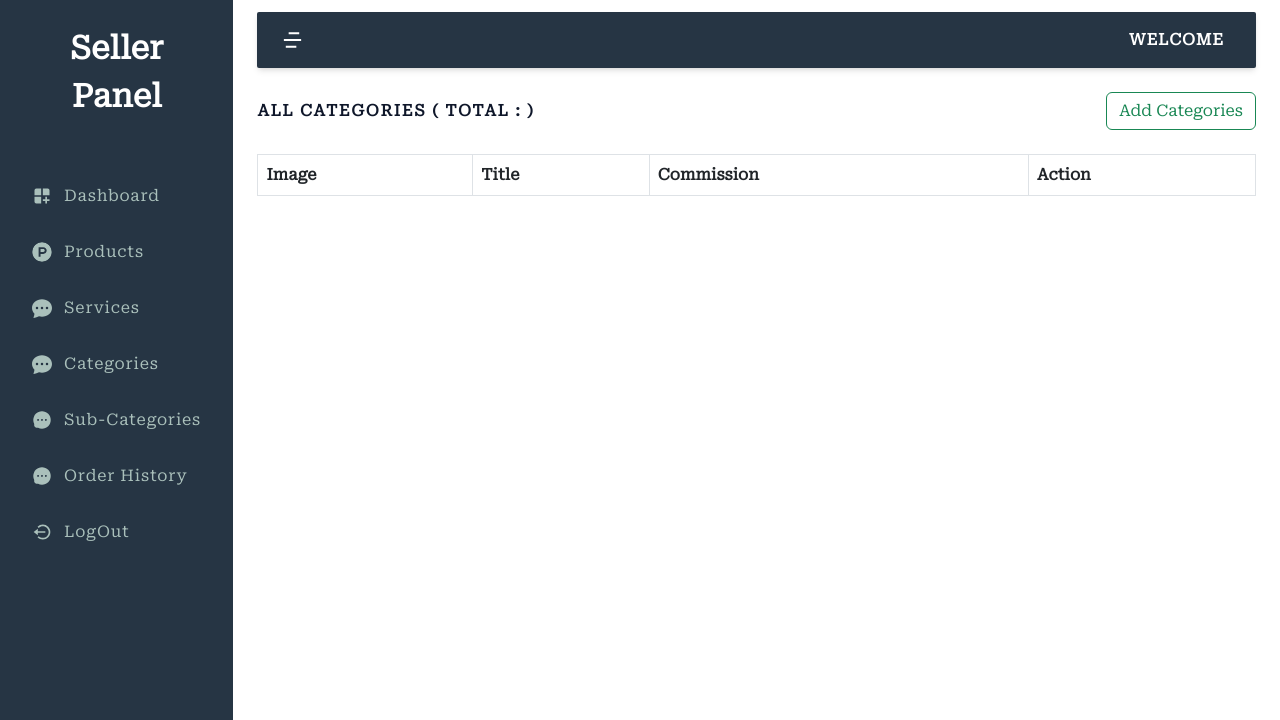
Repository: FlyweisReact/Arun-Chauhan
Page: /vendor/category
The author's editor kept a copy of each file at every save. The page is drawn from the files as they stood at one save, then again after a run of saves.
The browser window is 1280 px wide. The pictures show the whole page.
The page's requests for data from a server got no answer. Some web libraries are served in a nearby version. The project was rebuilt for these pictures with package versions that can differ from the ones it lists, and the page was loaded fresh each time. No one was signed in, and anything a server would have sent is missing. Also part of the build but not shown: src/AdminPanel/layout/Navbar.jsx, src/AdminPanel/layout/Sidebar.jsx, src/AdminPanel/layout/HOC.jsx, src/AdminPanel/pages/Privacy.js, src/AdminPanel/pages/Category.js, src/AdminPanel/pages/FeedBack.js, src/AdminPanel/pages/TermsCon.js, src/AdminPanel/pages/HelpSupport.js and 21 more.

Above is the page before, as saved 2023-03-22 16:17:35.

### public/index.html
<!-- @format -->

<!DOCTYPE html>
<html lang="en">
  <head>
    <meta charset="utf-8" />
    <!-- <link rel="icon" href="%PUBLIC_URL%/favicon.png" /> -->
    <meta name="viewport" content="width=device-width, initial-scale=1" />
    <meta name="theme-color" content="#000000" />
    <meta
      name="description"
      content="Web site created using create-react-app"
    />
    <link rel="apple-touch-icon" href="%PUBLIC_URL%/favicon.ico?v=2" />



    <link rel="manifest" href="%PUBLIC_URL%/manifest.json" />
    <link rel="preconnect" href="https://fonts.googleapis.com">
    <link rel="preconnect" href="https://fonts.gstatic.com" crossorigin>
    <link href="https://fonts.googleapis.com/css2?family=Roboto+Serif&display=swap" rel="stylesheet">
    <title>Arun   Panel</title>
  </head>
  <body>
    <noscript>You need to enable JavaScript to run this app.</noscript>
    <div id="root"></div>
    <script src="https://code.jquery.com/jquery-3.6.0.min.js"></script>
    <script src="https://kit.fontawesome.com/b533b351e4.js" crossorigin="anonymous"></script>
  </body>
</html>

### src/index.js
import React from "react";
import ReactDOM from "react-dom/client";
import "./index.css";
import App from "./App";
import { BrowserRouter } from "react-router-dom";
import 'bootstrap/dist/css/bootstrap.min.css'

const root = ReactDOM.createRoot(document.getElementById("root"));
root.render(
  <React.StrictMode>
    <BrowserRouter>
      <App />
    </BrowserRouter>
  </React.StrictMode>
);

### src/index.css
/** @format */

@tailwind base;
@tailwind components;
@tailwind utilities;




body {
  margin: 0;
  font-family: 'Roboto Serif', serif  !important;
  -webkit-font-smoothing: antialiased;
  -moz-osx-font-smoothing: grayscale;
}

/* Wcomponents */
.wcomp::-webkit-scrollbar {
  width: 0px;
}
::-webkit-scrollbar {
  width: 0px;
}
::-webkit-scrollbar-track {
  background: #696f78;
}
/* Handle */
::-webkit-scrollbar-thumb {
  background: #b4b8bf;
}

.main-card--container {
  display: grid;
  grid-template-columns: repeat(3, minmax(300px, 500px));
  grid-gap: 50px;
  justify-content: space-around;
}
.card-container {
  margin: 25px 0 auto;
  position: relative;
  display: grid;
  grid-template-columns: 1fr;
  justify-content: space-around;
  align-items: flex-start;
}

.img-thumbnail {
  width: 80px;
}
.img-large {
  max-width: 80%;
}

.formInput {
  padding: 5px;
}

.BannerImg{
  display: grid;
  grid-template-columns: auto auto auto;
  margin: 20px;
  justify-content: space-evenly;
  text-align: center;
}
.BannerImg div{
  box-shadow: rgba(0, 0, 0, 0.35) 0px 5px 15px;
  padding: 10px;

}
.BannerImg img{
  width: 400px;
  height: 200px;
}


li{
  list-style: disc;
}
.carouselImages{
  width: 200px !important;
  height: 140px;
}
.Car{
  width: 200px !important;
}

.three-Sec{
  display: grid;
  justify-content: space-evenly;
  grid-template-columns: auto auto auto;
  text-align: center;
  color: black;

}
.three-Sec div{
  box-shadow: rgba(0, 0, 0, 0.35) 0px 5px 15px;
  margin-top: 40px;
  padding : 10px;
  width: 400px;
}
.three-Sec img{
  width: 100%;
  height: 300px;
}
.three-Sec p{
  font-size: 20px;
  font-weight: bold;
  margin: 0;
}
.three-Sec button{
  border: 1px solid #B80000;
  background-color: #ffff;
  color: #B80000;
  width: 100%;
  padding: 3px;
  margin-top: 10px;
  font-size: 20px;
  transition: 0.5s;
}

.three-Sec button:hover{
  background-color: #B80000;
  color: #ffff;
}
.bigCont{
  display: flex;
  gap: 10px;
}
.contP{
  border: 1px solid #2F308D;
  width: 48%;
  padding: 10px;
  color: #2F308D;
  transition: 0.5s;
  cursor: pointer;
}
.contP:hover {
  background-color: #2F308D;
  color: #fff;
}


.viewBtn{
  color: #014F75;
  border: 1px solid #014F75;
  outline: none;
  width: 50%;
  padding: 5px;
  font-size: 18px;
  transition: 0.5s;
}

.viewBtn:hover{

  background-color: #014F75;
  color: #fff;
}


.filterDate{
  color: black;
  display: flex;
  gap: 20px;
  margin-top: 20px;
  margin-bottom: 20px;
}

.filterDate input {
  border: 1px solid black;
  outline: none;
  padding: 5px;
}
.filterDate div{
  display: flex;
  gap: 10px;
  align-items:center ;
}
.filterDate div p{
  padding-top: 10px;
}

.filterDate button{
  color: #014F75;
  border: 1px solid #014F75;
  outline: none;
  width: 200px;
  font-size: 18px;
  transition: 0.5s;
}

.filterDate button:hover{
  background-color: #014F75;
  color: #fff;
}
.active{
  display: flex;
  gap: 20px;
margin-bottom: 20px;
}
.active button{
  border: 1px solid #659CCA;
  color: #659CCA;
  padding: 5px;
  width: 200px;
  transition: 0.5s;
  font-size: 20px;
}
.active button:hover{
  background-color: #659CCA;
  color: #fff;
}

.drop select{
  width: 100%;
  color:#fff;
  margin-bottom: 20px;
  border: 1px solid #659CCA;
  padding: 10px;
  outline: none;
  background-color: #659CCA;
}
.drop select option{
  background-color: #8FD1DF;
  border: 1px solid #8FD1DF;
}

.drop select option:hover{
  background-color: #8FD1DF  !important;
}

### src/App.js
/** @format */

import { Routes, Route } from "react-router-dom";
import { ToastContainer } from "react-toastify";
import "react-toastify/dist/ReactToastify.css";
import Privacy from "./AdminPanel/pages/Privacy";
import Offers from "./AdminPanel/pages/Category";
import FeedBack from "./AdminPanel/pages/FeedBack";
import TermsCon from "./AdminPanel/pages/TermsCon";
import HelpSupport from "./AdminPanel/pages/HelpSupport";
import OrderHistory from "./AdminPanel/pages/OrderHistory";
import Installar from "./AdminPanel/pages/Installar";
import Sellers from "./AdminPanel/pages/Sellers";
import Dashboard from "./AdminPanel/pages/Dashboard";
import Users from "./AdminPanel/pages/Users";
import Reviews from "./AdminPanel/pages/Reviews";
import Coupon from "./AdminPanel/pages/Coupon";
import Product from "./AdminPanel/pages/Product";
import About from "./AdminPanel/pages/About";
import Blogs from "./AdminPanel/pages/Blogs";
import Service from "./AdminPanel/pages/Service";
import Notification from "./AdminPanel/pages/Notification";
import SubCategory from "./AdminPanel/pages/SubCategory";
import Banner from "./AdminPanel/pages/Banner";
import Login from "./AdminPanel/Login";
import Transaction from "./AdminPanel/pages/Transaction";
import InstallerTransactions from "./AdminPanel/pages/InstallerTransactions";
import Vendorlogin from "./VendorPanel/Vendorlogin";
import VendorDashboard from "./VendorPanel/pages/VendorDashboard";
import VendorProducts from "./VendorPanel/pages/VendorProducts";
import VendorService from "./VendorPanel/pages/VendorService";
import VendorCategory from "./VendorPanel/pages/VendorCategory";

function App() {
  return (
    <>
      <ToastContainer />

      <Routes>
        {/* Admin Panel */}
        <Route path="/" element={<Login />} />
        <Route path="/dashboard" element={<Dashboard />} />
        <Route path="/users" element={<Users />} />
        <Route path="/sellers" element={<Sellers />} />
        <Route path="/products" element={<Product />} />
        <Route path="/coupon" element={<Coupon />} />
        <Route path="/about" element={<About />} />
        <Route path="/review" element={<Reviews />} />
        <Route path="/blogs" element={<Blogs />} />
        <Route path="/services" element={<Service />} />
        <Route path="/category" element={<Offers />} />
        <Route path="/notification" element={<Notification />} />
        <Route path="/sub-category" element={<SubCategory />} />
        <Route path="/banners" element={<Banner />} />
        <Route path="/order-history" element={<OrderHistory />} />
        <Route path="/installar" element={<Installar />} />
        <Route path="/feedBacks" element={<FeedBack />} />
        <Route path="/terms-condition" element={<TermsCon />} />
        <Route path="/helpSupport" element={<HelpSupport />} />
        <Route path="/privacy" element={<Privacy />} />
        <Route path="/transactions/:id" element={<Transaction />} />
        <Route path="/installer-transaction/:id" element={<InstallerTransactions />} />

        {/* Vendor Panel */}
        <Route path="/vendor/login" element={<Vendorlogin />} />
        <Route path="/vendor/dashboard" element={<VendorDashboard />} />
        <Route path="/vendor/products" element={<VendorProducts />} />
        <Route path="/vendor/service" element={<VendorService />} />
        <Route path="/vendor/category" element={<VendorCategory />} />
      </Routes>
    </>
  );
}

export default App;

### src/VendorPanel/pages/VendorCategory.js
/** @format */
import { Button, Modal, Form, Table } from "react-bootstrap";
import React, { useEffect, useState } from "react";
import HOC from "../layout/HOC";
import axios from "axios";
import { toast } from "react-toastify";

const VendorCategory = () => {
  const [modalShow, setModalShow] = useState(false);
  const [data, setData] = useState([]);
  const [dataCount, setDataCount] = useState("");

  function MyVerticallyCenteredModal(props) {
    const [title, setTitle] = useState("");
    const [image, setImage] = useState("");

    const postHandler = async (e) => {
      e.preventDefault();

      let fd = new FormData();
      fd.append("category", title);
      fd.append("myField", image);

      try {
        const { data } = await axios.post(
          "http://ec2-15-206-210-177.ap-south-1.compute.amazonaws.com:1112/api/category",
          fd
        );
        console.log(data);
        fetchData();
        toast.success("Category Added");
        props.onHide();
      } catch (e) {
        console.log(e);
        toast.error(e.response.data.message);
      }
    };

    return (
      <Modal
        {...props}
        size="lg"
        aria-labelledby="contained-modal-title-vcenter"
        centered
      >
        <Modal.Header closeButton>
          <Modal.Title id="contained-modal-title-vcenter">
            Add Category
          </Modal.Title>
        </Modal.Header>
        <Modal.Body>
          <Form onSubmit={postHandler}>
            <Form.Group className="mb-3">
              <Form.Label>Image</Form.Label>
              <Form.Control
                type="file"
                onChange={(e) => setImage(e.target.files[0])}
              />
            </Form.Group>
            <Form.Group className="mb-3">
              <Form.Label>Title</Form.Label>
              <Form.Control
                type="text"
                onChange={(e) => setTitle(e.target.value)}
              />
            </Form.Group>
            <Form.Group className="mb-3">
              <Form.Label>Commission </Form.Label>
              <Form.Control type="number" min={0} />
            </Form.Group>
            <Form.Group className="mb-3">
              <Form.Select aria-label="Default select example">
                <option>Commission In</option>
                <option> Flat% </option>
                <option> Rupees </option>
              </Form.Select>
            </Form.Group>
            <Button variant="outline-success" type="submit">
              Submit
            </Button>
          </Form>
        </Modal.Body>
        <Modal.Footer></Modal.Footer>
      </Modal>
    );
  }

  const fetchData = async () => {
    try {
      const { data } = await axios.get(
        "http://ec2-15-206-210-177.ap-south-1.compute.amazonaws.com:1112/api/category"
      );
      setData(data.data);
      setDataCount(data.data.length);
    } catch (e) {
      console.log(e);
    }
  };

  useEffect(() => {
    fetchData();
  }, []);

  const deleteHandler = async (id) => {
    try {
      const { data } = await axios.delete(
        `http://ec2-15-206-210-177.ap-south-1.compute.amazonaws.com:1112/api/category/${id}`
      );
      console.log(data);
      toast.success("Category Deleted");
      fetchData();
    } catch (e) {
      console.log(e);
      toast.error("Try again after some time::");
    }
  };

  return (
    <>
      <MyVerticallyCenteredModal
        show={modalShow}
        onHide={() => setModalShow(false)}
      />

      <section>
        <div className="pb-4 sticky top-0  w-full flex justify-between items-center bg-white">
          <span className="tracking-widest text-slate-900 font-semibold uppercase ">
            All Categories ( Total : {dataCount})
          </span>
          <Button
            variant="outline-success"
            onClick={() => {
              setModalShow(true);
            }}
          >
            Add Categories
          </Button>
        </div>

        <div style={{ maxWidth: "100%", overflow: "auto" }}>
          <Table striped bordered hover>
            <thead>
              <tr>
                <th> Image</th>
                <th> Title</th>
                <th> Commission</th>
                <th>Action</th>
              </tr>
            </thead>
            <tbody>
              {data?.map((i, index) => (
                <tr key={index}>
                  <td>
                    <img
                      src={i.categoryImg?.url}
                      alt={i.category}
                      style={{ width: "100px" }}
                    />
                  </td>
                  <td> {i.category} </td>
                  <td>Flat 30%</td>
                  <td>
                    <i
                      class="fa-solid fa-trash"
                      style={{ color: "red", cursor: "pointer" }}
                      onClick={() => deleteHandler(i._id)}
                    ></i>
                  </td>
                </tr>
              ))}
            </tbody>
          </Table>
        </div>
      </section>
    </>
  );
};

export default HOC(VendorCategory);

### src/VendorPanel/layout/HOC.jsx
import React, { useState } from "react";
import Navbar from "./Navbar";
import Sidebar from "./Sidebar";

const HOC = (Wcomponenet) => {
  return function Component() {
    const [hamb, setHamb] = useState(false);
    return (
      <>
        <section className="flex overflow-x-hidden relative">
          {/* Sidebar */}
          <div
            className={
              hamb
                ? " absolute top-0 z-30 md:w-auto shadow-md bg-slate-200  w-60 transition-all md:-left-full left duration-150  h-auto overflow-y-auto  left-0 "
                : " md:w-72 z-30 bg-slate-200  shadow-md  md:static absolute top-0 -left-full   transition-all duration-150  overflow-y-auto h-auto"
            }
          >
            <Sidebar hamb={hamb} setHamb={setHamb} />
          </div>
          {/* Components & Navbar */}
          <div
            className={
              hamb
                ? " transition-all px-4 py-2  bg-white duration-150 w-full h-screen"
                : " w-full h-screen  px-4 py-2  bg-white z-50 transition-all duration-150 "
            }
          >
            <Navbar hamb={hamb} setHamb={setHamb} />
            <div className="my-6 text-white h-[87%] wcomp overflow-y-auto">
              <Wcomponenet />
            </div>
          </div>
        </section>
      </>
    );
  };
};

export default HOC;

### src/VendorPanel/layout/Navbar.jsx
/** @format */

import { RiMenu4Line } from "react-icons/ri";

const Navbar = ({ hamb, setHamb }) => {

  return (
    <>

      <div
        className={
          hamb
            ? "flex  w-full justify-between  my-1 rounded-sm  p-4 py-3 shadow-md items-center  bg-slate-200 space-x-4"
            : "flex  w-full justify-between my-1 rounded-sm  p-4 py-3 shadow-md items-center  bg-slate-200 space-x-4"
        }
        style={{   backgroundColor: "#263544", color : "#fff"}}
      >
        <RiMenu4Line
          onClick={() => setHamb(!hamb)}
          className="text-2xl font-bold text-#fff-900 hover:scale-90 cursor-pointer"
        />

        <section className="flex sm:ml-auto justify-end sm:w-full items-center space-x-2  pr-2">
          <figcaption className="tracking-wider pl-1 font-semibold">
            <div className="lg:text-base text-sm text-#fff-900  uppercase" >
              Welcome
            </div>
          </figcaption>
        </section>


      </div>
    </>
  );
};

export default Navbar;

### src/VendorPanel/layout/Sidebar.jsx
/** @format */

import React from "react";
import { RiCloseLine } from "react-icons/ri";
import { Link, useNavigate } from "react-router-dom";
import { BiLogOutCircle  } from "react-icons/bi";
import { MdDashboardCustomize } from "react-icons/md";
import { BsFillChatDotsFill } from "react-icons/bs";
import { AiFillMessage } from "react-icons/ai";
import {FaProductHunt } from 'react-icons/fa'


const Sidebar = ({ hamb, setHamb }) => {
  const navigate = useNavigate();

  const nav = [
    {
      icon: <MdDashboardCustomize className="text-xl mr-3 rounded-full " />,
      link: "/vendor/dashboard",
      name: "Dashboard",
    },
    {
      icon: <FaProductHunt className="text-xl mr-3 rounded-full " />,
      link: "/vendor/products",
      name: "Products",
    },
    {
      icon: <BsFillChatDotsFill className="text-xl mr-3" />,
      link: "/vendor/service",
      name: "Services",
    },
    {
      icon: <BsFillChatDotsFill className="text-xl mr-3" />,
      link: "/vendor/category",
      name: "Categories",
    },

    {
      icon: <AiFillMessage className="text-xl mr-3 rounded-full " />,
      link: "/sub-category",
      name: "Sub-Categories",
    },
    {
      icon: <AiFillMessage className="text-xl mr-3 rounded-full " />,
      link: "/order-history",
      name: "Order History",
    },
  ];

  const logOut = () => {
    localStorage.removeItem("token");
    navigate("/");
  };

  return (
    <>
      <div className="p-4 h-auto"   style={{
          backgroundColor: "#263544",
          minHeight : '100vh'
        }}>
        {/* Top */}
        <div className="w-full md:hidden relative  p-2 mb-4">
          <RiCloseLine
            onClick={() => setHamb(!hamb)}
            className="text-3xl  absolute top-2 sm:hover:rotate-[228deg] transition-transform font-bold right-2 sm:hover:text-[22px] text-[rgb(241,146,46)] cursor-pointer"
          />
        </div>
        {/* Logo */}
        <figure className="flex  flex-col items-center">
        <span
            className="font-bold text-[rgb(241,146,46)]"
            style={{ fontSize: "2rem", textAlign: "center", color: "#fff" }}
          >
            Seller Panel
          </span>
        </figure>
        {/* Nav-menu */}
        <nav className="py-6">
          {nav.map((nav) => {
            return (
              <Link to={nav.link} key={nav.name} className="" style={{textDecoration : 'none'}}>
                <span className="flex my-3 items-center cursor-pointer    tracking-wider p-2 rounded-sm"  style={{ color: "#aac0bb"  , textDecoration : 'none'}}>
                  {nav.icon} {nav.name}
                </span>
              </Link>
            );
          })}
          <span
            className="flex my-3 items-center cursor-pointer   tracking-wider p-2 rounded-sm"
            onClick={() => logOut()}
            style={{ color: "#aac0bb" }}
          >
            <BiLogOutCircle className="text-xl mr-3 rounded-full " /> LogOut
          </span>
        </nav>
      </div>
    </>
  );
};

export default Sidebar;

Loaded but not shown: tailwind.config.js (common file)

After the next 2 saves:
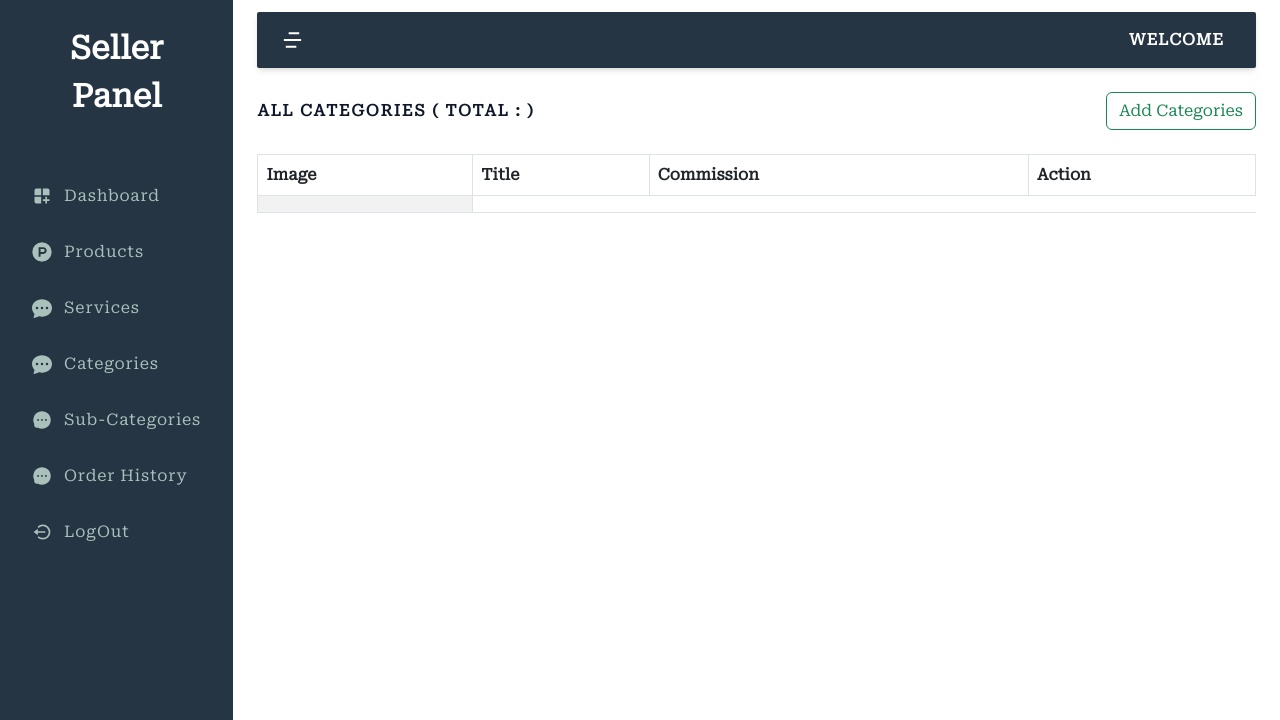
The 2 saves are shown as one change because they came seconds apart.
The last was saved 23 s later.
--- a/src/VendorPanel/pages/VendorCategory.js
+++ b/src/VendorPanel/pages/VendorCategory.js
@@ -148,6 +148,11 @@ const VendorCategory = () => {
               </tr>
             </thead>
             <tbody>
+            <tr>
+              <td>
+
+              </td>
+            </tr>
               {data?.map((i, index) => (
                 <tr key={index}>
                   <td>
